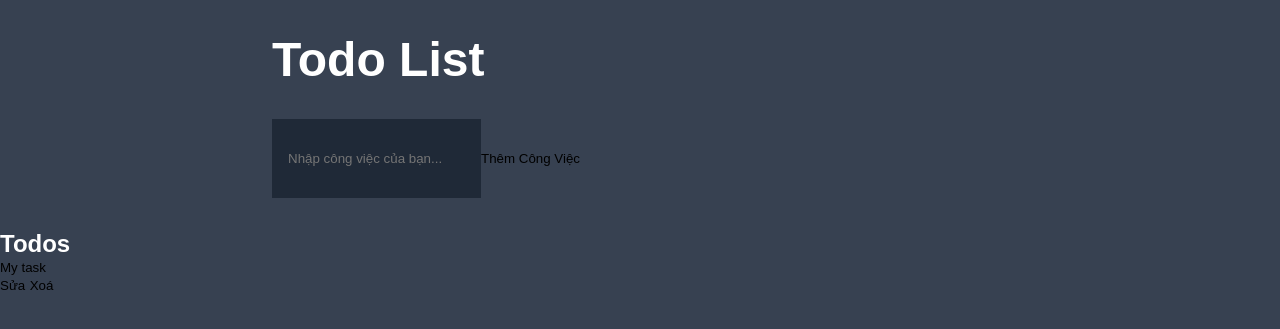
Repository: ntheanh/Todo-List
Page: index.html
An editor plug-in stored every save of this project. The page is shown before and after the next save, followed by the edit.
The browser window is 1280 px wide. The pictures show the whole page.
The style sheet was rebuilt from its Sass, Less or Tailwind sources for each picture, by a compiler version that may differ from the author's.

Above is the page before, as saved 2023-03-15 22:38:44.

After the next save:
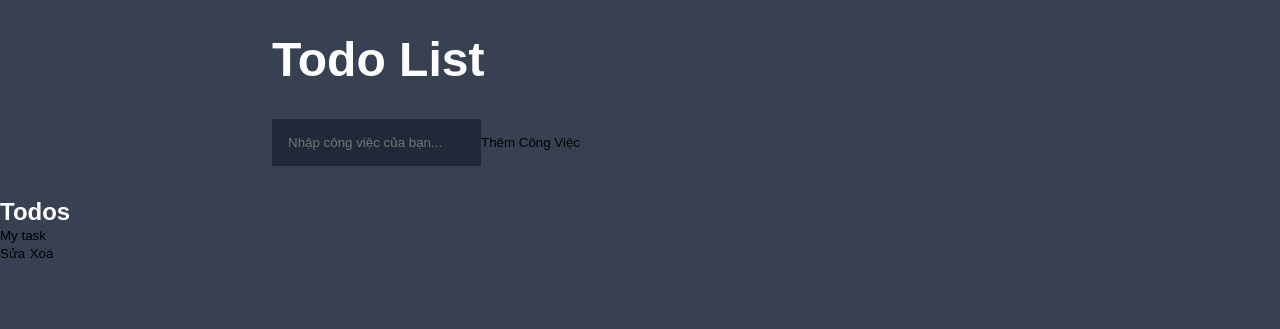
Saved 5 s later.
--- a/style.scss
+++ b/style.scss
@@ -48,5 +48,5 @@ button {
 
 #new-todo-input {
   background: var(--darker);
-  padding: 2rem 1rem;
+  padding: 1rem;
 }
